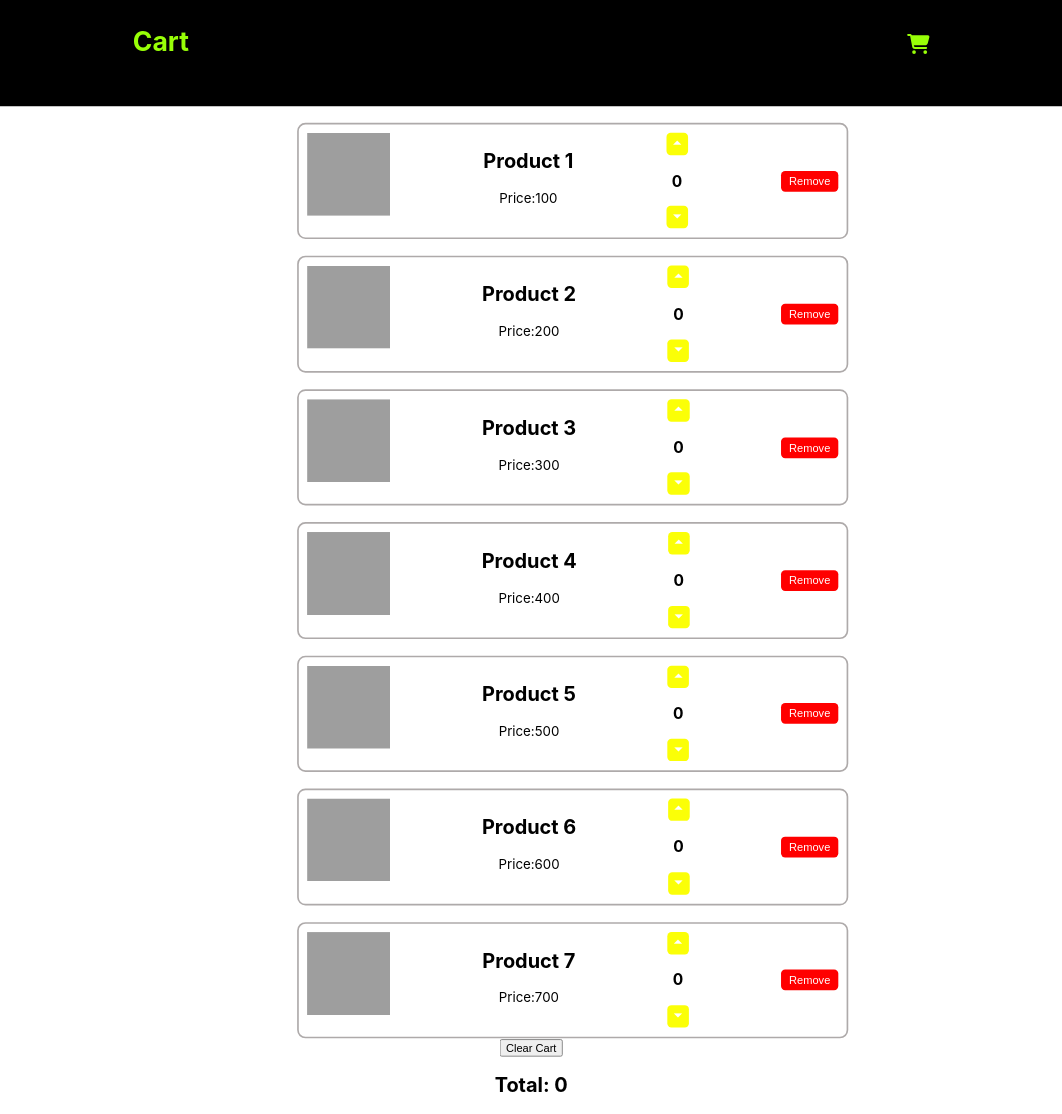
Repository: sriram1224/Cart-react-app
Page: /
The author's editor kept a copy of each file at every save. The page is drawn from the files as they stood at one save, then again after the next save.
The browser window is 1280 px wide. The pictures show the whole page, at 83% of full size.
Pictures or frames that could not be fetched are drawn as grey boxes. The project was rebuilt for these pictures with package versions that can differ from the ones it lists, and the page was loaded fresh each time.

Above is the page before, as saved 2024-03-12 22:28:00.

### public/index.html
<!DOCTYPE html>
<html lang="en">

<head>
  <meta charset="utf-8" />
  <link rel="icon" href="%PUBLIC_URL%/favicon.ico" />
  <meta name="viewport" content="width=device-width, initial-scale=1" />
  <meta name="theme-color" content="#000000" />
  <meta name="description" content="Web site created using create-react-app">
  <link rel="stylesheet"
    href="https://fonts.googleapis.com/css2?family=Material+Symbols+Outlined:opsz,wght,FILL,GRAD@24,400,0,0" />


  <title>React App</title>
</head>

<body>
  <noscript>You need to enable JavaScript to run this app.</noscript>
  <div id="root"></div>

</body>

</html>

### src/App.js
import Nav from "./Components/Nav.js"
import './App.css';
import Cart from './Components/cart.js';
function App() {
  return (
    <div className="App">

      <Cart />
    </div>
  );
}

export default App;

### src/Components/Nav.js
import { FontAwesomeIcon } from '@fortawesome/react-fontawesome';
import { faShoppingCart } from '@fortawesome/free-solid-svg-icons';
import './Navbar.css';

function Navbar({ cartItems }) {
      console.log(cartItems);
    return (

      <div className="nav-container">
      <div className="cart">
          <div className="heading">
              <h1>
              Cart
              </h1>
          </div>
      <h1>
        <div className="cart-icon-container">
          <FontAwesomeIcon icon={faShoppingCart} className="cart-icon" />
          {cartItems > 0 && (
            <span className="cart-count">{cartItems}</span>
          )}
        </div>

      </h1>
    </div>
      </div>
  );
}

export default Navbar;

### src/Components/cart.js
import React, { useState, useEffect } from "react";
import { BiSolidUpArrow, BiSolidDownArrow } from "react-icons/bi";
import Nav from './Nav'
import './cart.css'

function Cart() {
    const [products, setProducts] = useState([
        { id: "1", name: "Product 1", price: 100, quantity: 0, image: "https://images.unsplash.com/photo-1564466809058-bf4114d55352?w=500&auto=format&fit=crop&q=60&ixlib=rb-4.0.3&ixid=M3wxMjA3fDB8MHxzZWFyY2h8MjN8fHByb2R1Y3R8ZW58MHx8MHx8fDA%3D" },
        { id: "2", name: "Product 2", price: 200, quantity: 0, image: "https://images.unsplash.com/photo-1560343090-f0409e92791a?w=500&auto=format&fit=crop&q=60&ixlib=rb-4.0.3&ixid=M3wxMjA3fDB8MHxzZWFyY2h8N3x8cHJvZHVjdHxlbnwwfHwwfHx8MA%3D%3D" },
        { id: "3", name: "Product 3", price: 300, quantity: 0, image: "https://images.unsplash.com/photo-1560343090-f0409e92791a?w=500&auto=format&fit=crop&q=60&ixlib=rb-4.0.3&ixid=M3wxMjA3fDB8MHxzZWFyY2h8N3x8cHJvZHVjdHxlbnwwfHwwfHx8MA%3D%3D" },
        { id: "4", name: "Product 4", price: 400, quantity: 0, image: "https://images.unsplash.com/photo-1542291026-7eec264c27ff?w=500&auto=format&fit=crop&q=60&ixlib=rb-4.0.3&ixid=M3wxMjA3fDB8MHxzZWFyY2h8MTF8fHByb2R1Y3R8ZW58MHx8MHx8fDA%3D" },
        { id: "5", name: "Product 5", price: 500, quantity: 0, image: "https://images.unsplash.com/photo-1553456558-aff63285bdd1?w=500&auto=format&fit=crop&q=60&ixlib=rb-4.0.3&ixid=M3wxMjA3fDB8MHxzZWFyY2h8MTJ8fHByb2R1Y3R8ZW58MHx8MHx8fDA%3D" },
        { id: "6", name: "Product 6", price: 600, quantity: 0, image: "https://images.unsplash.com/photo-1553456558-aff63285bdd1?w=500&auto=format&fit=crop&q=60&ixlib=rb-4.0.3&ixid=M3wxMjA3fDB8MHxzZWFyY2h8MTJ8fHByb2R1Y3R8ZW58MHx8MHx8fDA%3D" },
        { id: "7", name: "Product 7", price: 700, quantity: 0, image: "https://images.unsplash.com/photo-1583394838336-acd977736f90?w=500&auto=format&fit=crop&q=60&ixlib=rb-4.0.3&ixid=M3wxMjA3fDB8MHxzZWFyY2h8MTl8fHByb2R1Y3R8ZW58MHx8MHx8fDA%3D" }
    ]);

    const [total, setTotal] = useState(0);
    const [cartItems, setCartItems] = useState(0);

    useEffect(() => {
        let newCartItems = 0;
        products.forEach(product => {
            newCartItems += product.quantity;
        });
        setCartItems(newCartItems);
    }, [products]);

    const increaseQuantity = (index) => {
        const updatedProducts = [...products];
        updatedProducts[index].quantity++;
        setProducts(updatedProducts);
        updateTotal();
    };

    const decreaseQuantity = (index) => {
        const updatedProducts = [...products];
        if (updatedProducts[index].quantity > 0) {
            updatedProducts[index].quantity--;
            setProducts(updatedProducts);
            updateTotal();
        }
    };

    const updateTotal = () => {
        let newTotal = 0;
        products.forEach((product) => {
            newTotal += product.quantity * product.price;
        });
        setTotal(newTotal);
    };

    const clearCart = () => {
        setProducts([]);
        setTotal(0);
        setCartItems(0);
    };

    const removeFromCart = (index) => {
        const updatedProducts = [...products];
        updatedProducts.splice(index, 1);
        setProducts(updatedProducts);
        updateTotal();
    };

    return (
        <div>
            <Nav cartItems={cartItems} />
            <div className="">
                {products.map((product, index) => {
                    return (
                        <div className="product-container" key={index}>
                            <img src={product.image} alt={product.name} />
                            <div className="text">
                            <h2>{product.name}</h2>
                            <p>Price:{product.price}</p></div>
                            <div className="button-quantity">
                                <button onClick={() => increaseQuantity(index)}>
                                    <span class="material-symbols-outlined">
arrow_drop_up
</span>
                                </button>
                                <h3>{product.quantity}</h3>
                                <button onClick={() => decreaseQuantity(index)}>
                                    <span class="material-symbols-outlined">
arrow_drop_down
</span>
                                </button>
                            </div>
                            <div className="rm-button">
                            <button onClick={() => removeFromCart(index)}>Remove</button>
                        </div></div>
                    );
                })}
                <button onClick={clearCart}>Clear Cart</button>
                <h2>Total: {total}</h2>
            </div>
        </div>
    );
}

export default Cart;

### src/Components/Navbar.css
.cart-icon-container {
    position: relative;
    display: inline-block;
}

.cart-icon {
    font-size: 1.5rem;
    color: rgb(152, 255, 7);

}

.cart-count {
    position: absolute;
    top: -10px;

    right: -10px;
    /* Adjust the horizontal positioning */
    background-color: red;
    color: white;
    border-radius: 50%;
    padding: 2px 6px;
    font-size: 0.8rem;
    /* Adjust the font size as needed */
}

.cart{
    display: flex;
    justify-content: space-between;
    margin: 0 10rem;
    align-items: center;
    padding-top: 10px;

}

.heading{
text-align: center;
color: rgb(152, 255, 7);
}

.nav-container{
    width: 100%;
    height: 8rem;
    background-color:rgb(0, 0, 0)
}

### src/Components/cart.css
.product-container{
    display: flex;
    gap: 20px;
    justify-content: space-between;
    width: 50%;
    position: relative;
    left: 28%;
    text-align: center;
    margin-top: 20px;
    border: 2px solid rgb(174, 170, 170);
    padding: 10px;
    border-radius: 10px;
}

.product-container img{
    width: 100px;
    height: 100px;
}
.rm-button{
    display: flex;
    align-items: center;
}
.rm-button button{

    background-color: red;
    color: white;
    border: none;
    padding: 5px 10px;
    border-radius: 5px;
    cursor: pointer;
}
.button-quantity span{
    color:rgb(255, 255, 255);

}

.button-quantity button{
   background-color: rgb(251, 255, 7);
    border: none;
    padding: 0px 1px;
    border-radius: 5px;

    cursor: pointer;
}

.text{


    text-align: center;
    gap: 10px;
}
.text p{
    text-align: center;
}

Loaded but not shown: src/index.js (common file); src/index.css (common file); src/reportWebVitals.js (common file); src/App.css (common file)

After the next save:
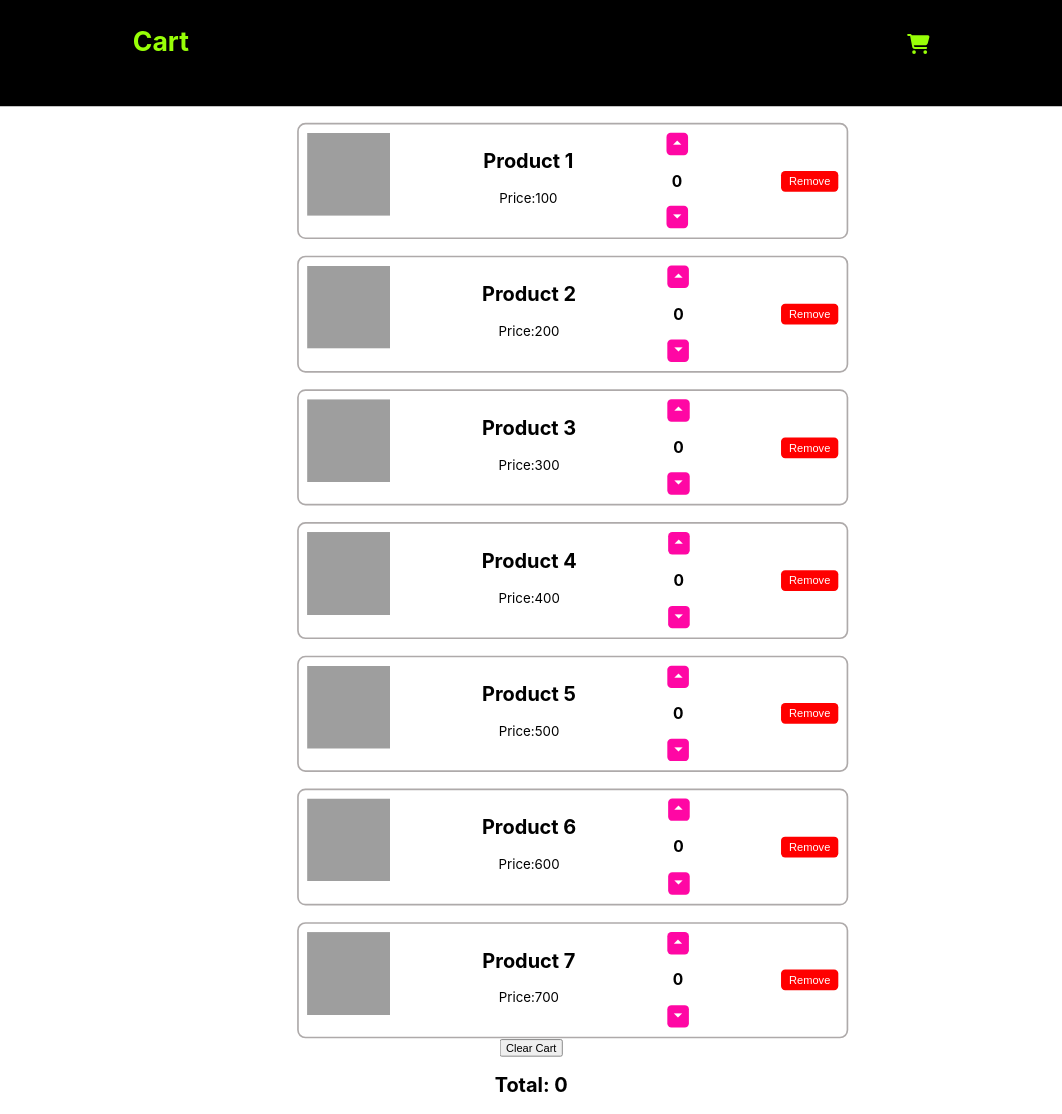
Saved 4 s later.
--- a/src/Components/cart.css
+++ b/src/Components/cart.css
@@ -35,7 +35,7 @@
 }
 
 .button-quantity button{
-   background-color: rgb(251, 255, 7);
+   background-color: rgb(255, 7, 164);
     border: none;
     padding: 0px 1px;
     border-radius: 5px;
